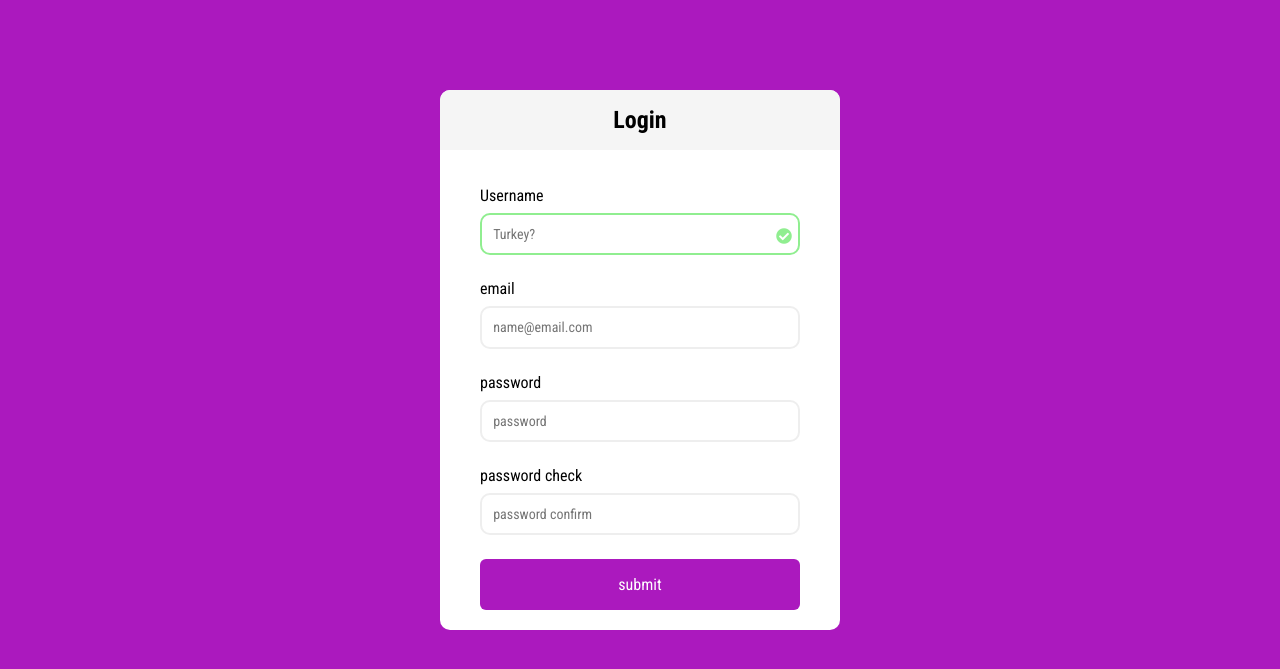
Repository: Abdoulrhman-altyeb/form-_validation-
Page: index.html
These files come from the project's save history. The page is drawn as it stood at one moment and after the next save; the edit follows.
The browser window is 1280 px wide. The pictures show the whole page.

Above is the page before, as saved 2021-05-23 20:58:57.

After the next save:
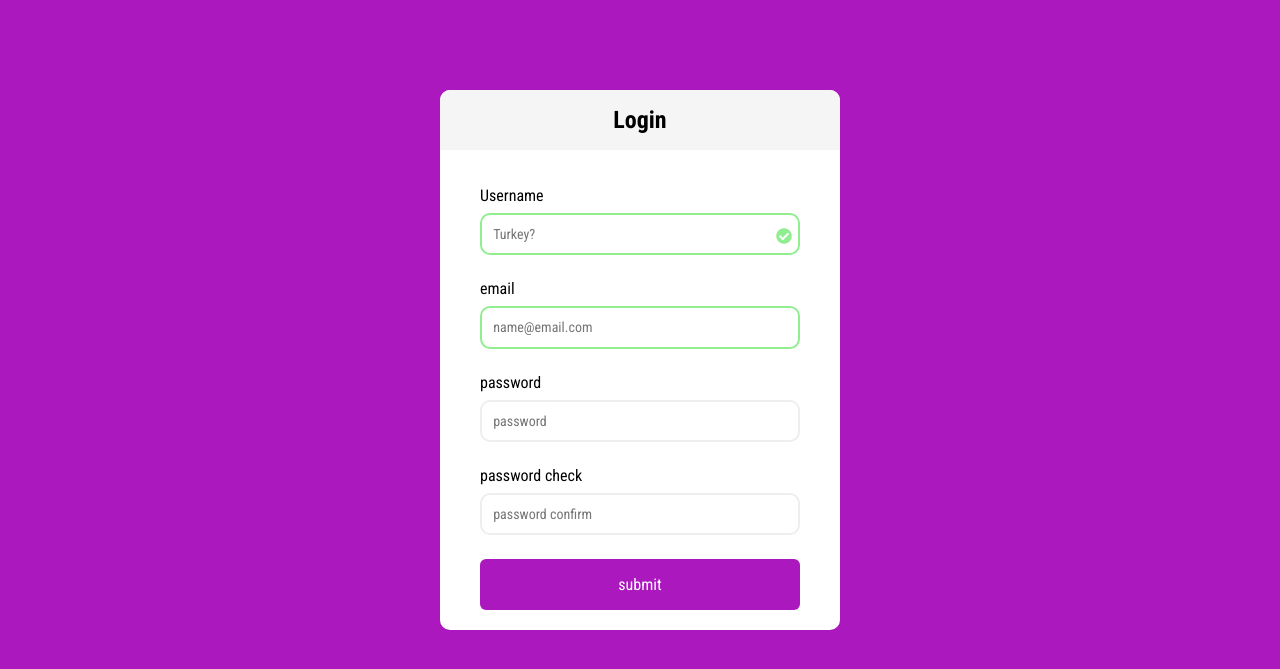
Saved 11 s later.
--- a/style.css
+++ b/style.css
@@ -79,3 +79,6 @@ body{
 .form-control.succes input {
     border:2px solid lightgreen;
 }
+.form-control.error input {
+    border:2px solid lightgreen;
+}
